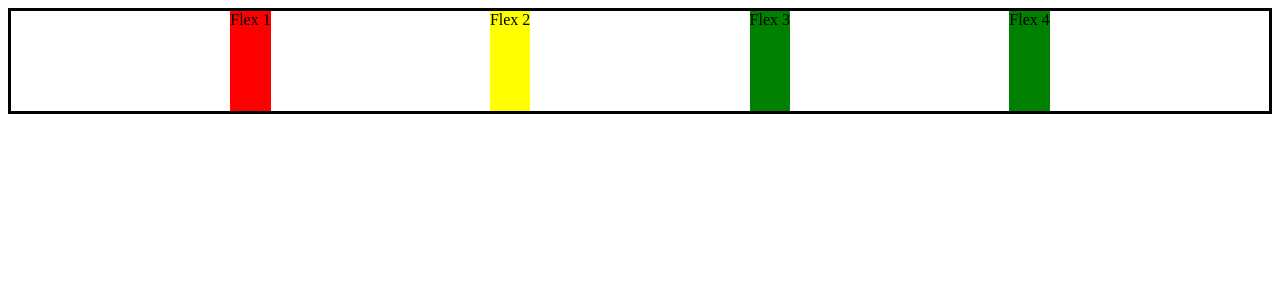
Repository: Kubraaygun/Html_Css_Login
Page: index.html
These files come from the project's save history. The page is drawn as it stood at one moment and after the next save; the edit follows.
The browser window is 1280 px wide. The pictures show the whole page.

Above is the page before, as saved 2025-03-04 19:21:49.

### index.html
<!DOCTYPE html>
<html lang="en">
  <head>
    <meta charset="UTF-8" />
    <meta name="viewport" content="width=device-width, initial-scale=1.0" />
    <title>HTML</title>
    <link rel="stylesheet" href="style.css" />
  </head>

  <body>
    <div
      class="contain"
      style="
        display: flex;
        height: 100px;
        border: 3px solid black;
        justify-content: space-evenly;
      "
    >
      <div style="background-color: red">Flex 1</div>
      <div style="background-color: yellow">Flex 2</div>
      <div style="background-color: green">Flex 3</div>
      <div style="background-color: green">Flex 4</div>
    </div>
  </body>
</html>

### style.css
/* body {
  font-size: 20px;
  background-color: aquamarine;
}
.h1:hover {
  background-color: purple;
}
#h1:hover {
  color: purple;
}
.link:hover {
  text-decoration: none;
}

ol {
  background-color: yellow;
  border: 10px groove gray;
}

ul {
  background-color: red;
  margin: 60px 40px 0 60px;
}

li {
  background-color: green;
  margin: 10px;
}

.table {
  border: 3px solid gray;
}

.table-header {
  border: 3px solid gray;
}
.table-row {
  border: 1px solid black;
} */

After the next save:
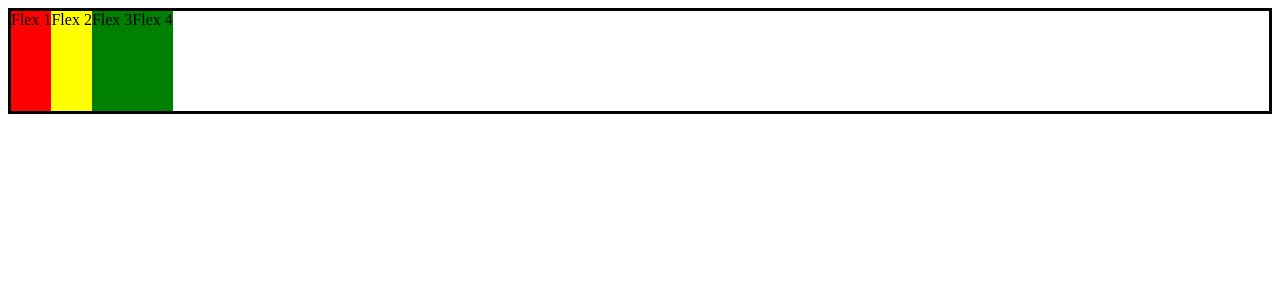
Saved 70 s later.
--- a/index.html
+++ b/index.html
@@ -14,7 +14,7 @@
         display: flex;
         height: 100px;
         border: 3px solid black;
-        justify-content: space-evenly;
+        align-items: space-evenly;
       "
     >
       <div style="background-color: red">Flex 1</div>
